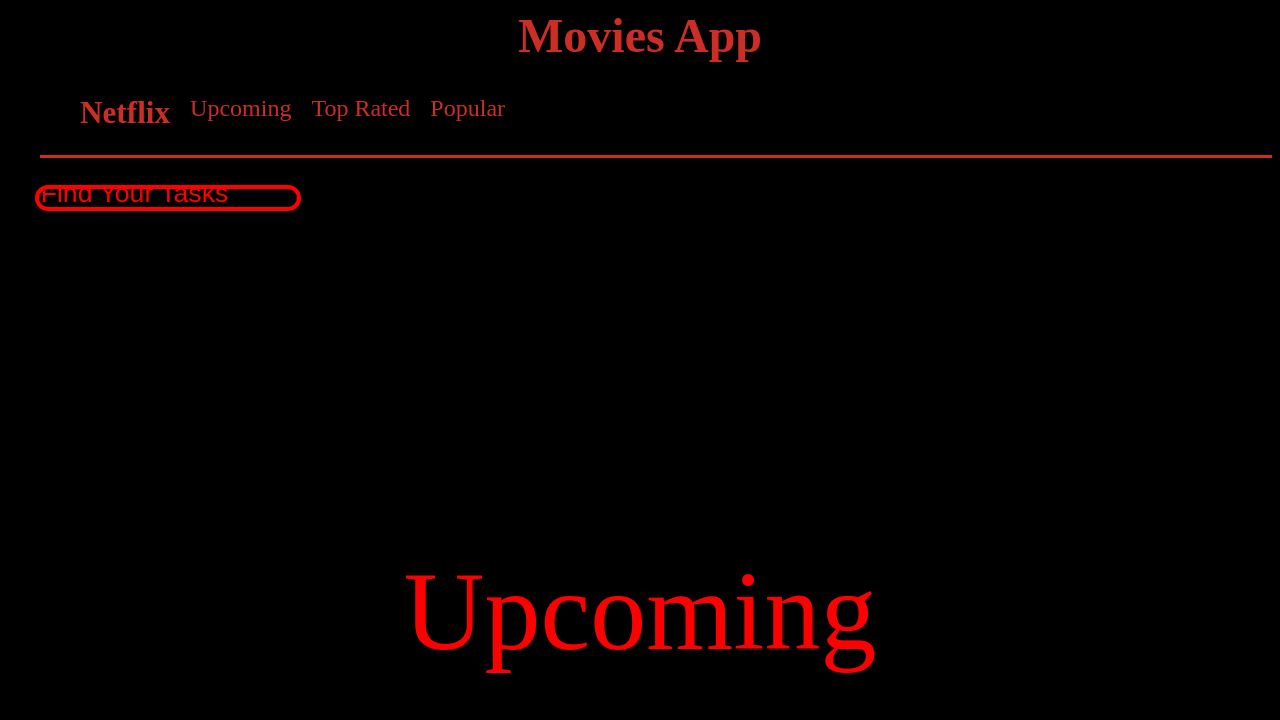
Repository: runner855/movie-app
Page: /
An editor plug-in stored every save of this project. The page is shown before and after the next save, followed by the edit.
The browser window is 1280 px wide. The pictures show the whole page.
The project was rebuilt for these pictures with package versions that can differ from the ones it lists, and the page was loaded fresh each time. Also part of the build but not shown: src/styles/TopRated.css, src/components/TopRated.tsx, src/styles/Popular.css, src/components/Popular.tsx.

Above is the page before, as saved 2022-11-16 17:37:32.

After the next save:
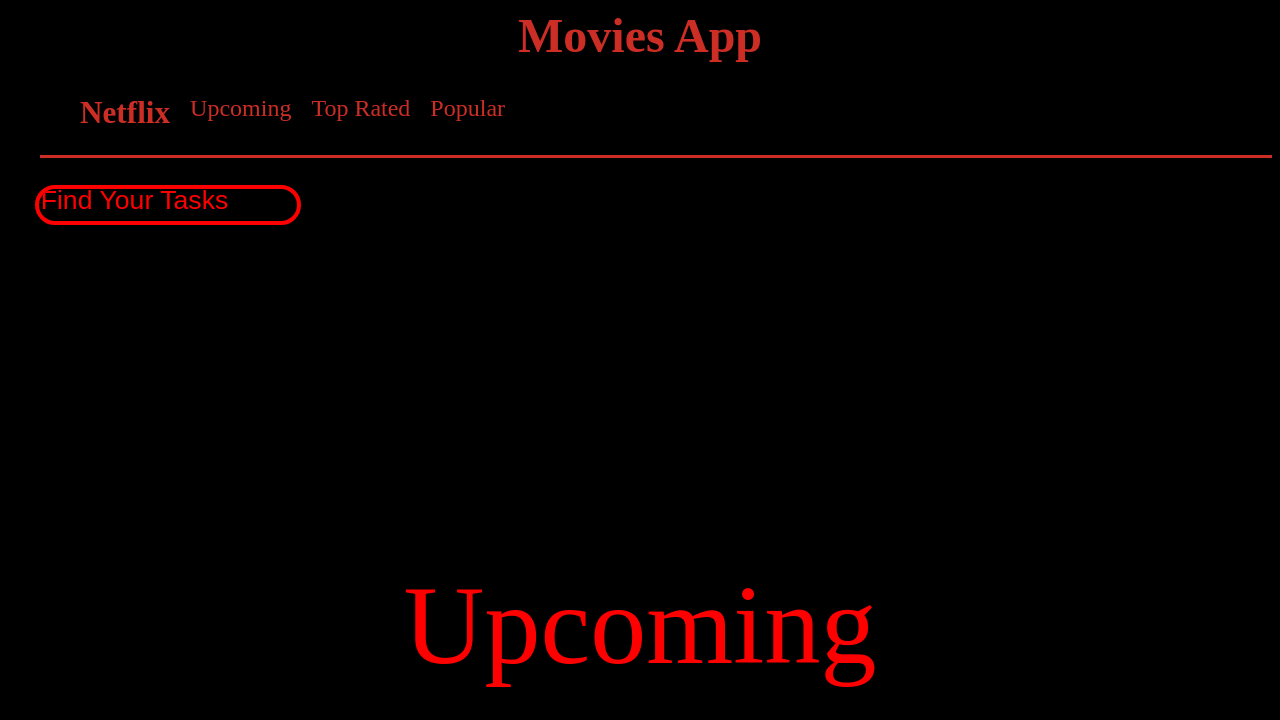
Saved 5 s later.
--- a/src/styles/MoviesFilter.css
+++ b/src/styles/MoviesFilter.css
@@ -8,7 +8,7 @@
   border-radius: 2em;
   background-color: #0000;
   width: 20em;
-  height: 2em;
+  height: 3em;
 }
 
 input::placeholder {
